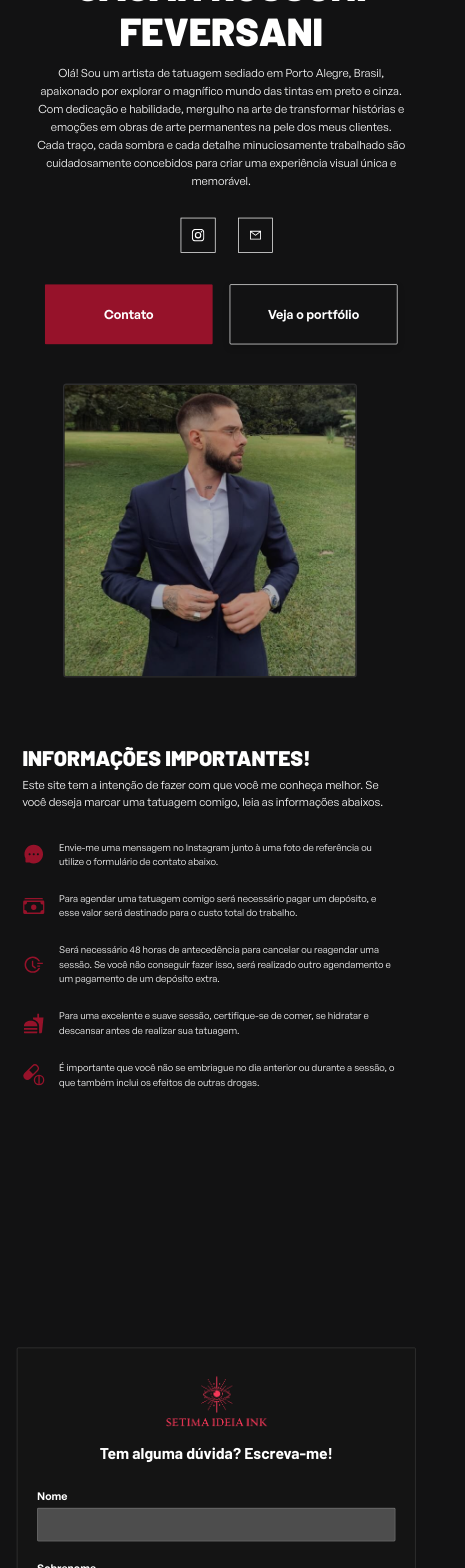
Repository: Leoka2000/S-tima-Ideia
Page: /
The author's editor kept a copy of each file at every save. The page is drawn from the files as they stood at one save, then again after the next save.
The browser window is 600 px wide. The page is 600 px wide, then 664 px, then 600 px, so the pictures cover 664 px, including what lies to the right of the window. The pictures show the part of the page from y = 4260 to 6500 px (the page is 7771 px tall), at 70% of full size.
Backgrounds fixed to the window are drawn as part of the page. The project was rebuilt for these pictures with package versions that can differ from the ones it lists, and the page was loaded fresh each time. Some packages were replaced by stand-ins written for this rebuild. Also part of the build but not shown: src/pages/main/instagram/instagram.css, src/pages/main/instagram/instagram.jsx, src/App.css, src/pages/portfolio/portfolio.css, src/data/database-common.js, src/pages/portfolio/loop-content.jsx, src/pages/portfolio/portfolio.jsx, src/pages/portfolio/index.jsx and 2 more. Imported but missing from the stored project, and not drawn on this page: src/assets/videos/cauan-video.mp4.

Above is the page before, as saved 2023-07-10 21:14:06.

### public/index.html
<!DOCTYPE html>
<html lang="en">
  <head>
    <meta charset="utf-8" />
    <link rel="icon" href="%PUBLIC_URL%/logo.png" />
    <meta name="viewport" content="width=device-width, initial-scale=1" />
    <meta name="theme-color" content="#000000" />
    <meta
      name="description"
      content=""
    />
    <link rel="apple-touch-icon" href="%PUBLIC_URL%/logo192.png" />
    <!--
      manifest.json provides metadata used when your web app is installed on a
      user's mobile device or desktop. See https://developers.google.com/web/fundamentals/web-app-manifest/
    -->
    <link rel="manifest" href="%PUBLIC_URL%/manifest.json" />
    <!--
      Notice the use of %PUBLIC_URL% in the tags above.
      It will be replaced with the URL of the `public` folder during the build.
      Only files inside the `public` folder can be referenced from the HTML.

      Unlike "/favicon.ico" or "favicon.ico", "%PUBLIC_URL%/favicon.ico" will
      work correctly both with client-side routing and a non-root public URL.
      Learn how to configure a non-root public URL by running `npm run build`.
    -->
    <title>Setima Ideia</title>
  </head>
  <body>
    <noscript>You need to enable JavaScript to run this app.</noscript>
    <div id="root"></div>
    <!--
      This HTML file is a template.
      If you open it directly in the browser, you will see an empty page.

      You can add webfonts, meta tags, or analytics to this file.
      The build step will place the bundled scripts into the <body> tag.

      To begin the development, run `npm start` or `yarn start`.
      To create a production bundle, use `npm run build` or `yarn build`.
    -->
  </body>
</html>

### src/pages/main/index/index.jsx
import React from 'react'
import Hero from '../hero/hero'
import About from '../about/about'
import Carousel from '../carousel/carousel'
import HorizontalParallax2 from '../carousel/carousel2'
import LookPortfolio from '../olhe-portfolio'
import Video from '../video/video'
import Instagram from '../instagram/instagram'
import Form from '../contact/form'
import Contact from '../contact'
import Sobre from '../../sobre/about/about'

const index = () => {
  return (
    <>
      <Hero/>
      <About/>
      <Carousel/>
      <HorizontalParallax2/>
      <LookPortfolio/>
      <Video/>
      <Sobre/>
      {/* <Instagram/> */}
      <Contact/>
    </>
  )
}

export default index

### src/pages/sobre/about/about.jsx
import React from 'react'
import "./about.css"
import { BsFacebook } from 'react-icons/bs'
import { BsInstagram } from 'react-icons/bs'
import { AiOutlineMail } from 'react-icons/ai'
import cauan from '../../../assets/images/cauan.jpg'
import {Link} from 'react-scroll'

const Sobre = () => {
  return (
    <section id='about' className='sobre-section'>
      <main>
        <div className='sobre-left'>
          <h2>Tatuador na equipe Família Bagé.</h2>
          <h1>Cauan Rossoni Feversani</h1>
          <p>Olá! Sou um artista de tatuagem sediado em Porto Alegre, Brasil, apaixonado por explorar o magnífico mundo das tintas em preto e cinza. Com dedicação e habilidade, mergulho na arte de transformar histórias e emoções em obras de arte permanentes na pele dos meus clientes. Cada traço, cada sombra e cada detalhe minuciosamente trabalhado são cuidadosamente concebidos para criar uma experiência visual única e memorável. </p>
          <div className='sobre-icons-wrapper'>
            <a target='_blank' href='https://www.instagram.com/setimaideia.ink'>
              <BsInstagram />
            </a>
            <a href='mailto:contato.cauanrf@gmail.com'>
              <AiOutlineMail />
            </a>
          </div>
          <div className='sobre-button-wrapper'>
          <Link style={{ textDecoration: 'none' }} spy={true} smooth={true} offset={100} duration={500} to='form' ><button className='solid'>Contato</button></Link>
            <a target='_blank' href='https://www.instagram.com/setimaideia.ink'><button className='transparent'>Veja o portfólio</button></a>
          </div>
        </div>
        <div className='sobre-right'>
          <img alt='cauan' src={cauan}/>
        </div>
      </main>
    </section>
  )
}

export default Sobre

### src/pages/main/hero/hero.jsx
import React from 'react';
import { motion } from 'framer-motion';
import './hero.css';
import logo from '../../../assets/brand/logoCorrected.png';
import { Link } from 'react-scroll';

const Hero = () => {
  const text = "Olá, aqui é o Cauan, bem-vindo ao meu website!";

  const parentVariants = {
    animate: {
      transition: {
        staggerChildren: 0.05,
      },
    },
  };

  const childVariants = {
    initial: {
      y: 20,
      opacity: 0,
    },
    animate: {
      y: 0,
      opacity: 1,
    },
  };

  return (
    <section id='inicio' className="hero-section">
      <div className="hero-wrapper">
        <img src={logo} alt="logo" />
        <motion.h1 variants={parentVariants} initial="initial" animate="animate">
          {text.split("").map((letter, index) => (
            <motion.span key={index} variants={childVariants}>{letter}</motion.span>
          ))}
        </motion.h1>
        <h2>Clique no botão abaixo para saber mais.</h2>
        <div>
          <Link to='sobre' className="colored-hero" style={{textDecoration: 'none'}} spy={true} smooth={true} offset={100} duration={500}>Saiba mais</Link>
        </div>
      </div>
    </section>
  );
};

export default Hero;

### src/pages/main/carousel/carousel.jsx
import C1 from '../../../assets/carousel/c1.jpg'
import C2 from '../../../assets/carousel/c2.jpg'
import C3 from '../../../assets/carousel/c4.jpg'
import C4 from '../../../assets/carousel/c5.jpg'
import C5 from '../../../assets/carousel/c6.jpg'
import C6 from '../../../assets/carousel/c7.jpg'
import C7 from '../../../assets/carousel/c20.jpg'
import C8 from '../../../assets/carousel/c11.jpg'
import C9 from '../../../assets/carousel/c12.jpg'

import C11 from '../../../assets/carousel/c15.jpg'
import C12 from '../../../assets/carousel/c16.jpg'
import C13 from '../../../assets/carousel/c17.jpg'
import C15 from '../../../assets/carousel/c19.jpg'
import C16 from '../../../assets/carousel/c21.jpg'





import React, {useState, useEffect} from "react";
import './carousel.css'

const images = [
  C1,
  C5,
  C4,
  C3,
  C7,
  C2,
  C6,
  //  C10,
  C8,
  C9,

  C11,
  C12,
  // C14,
  C13,
  C15,
  C16,
  // C17,



];

const HorizontalParallax = () => {
  const [scrollY, setScrollY] = useState(0);

  useEffect(() => {
    const handleScroll = () => {
      setScrollY(window.scrollY);
    };

    window.addEventListener("scroll", handleScroll);

    return () => {
      window.removeEventListener("scroll", handleScroll);
    };
  }, []);

  const calculateX = (scrollY) => {
    const minScroll = 0;
    const maxScroll = 2000;
    const minX = 0;
    const maxX = -2000;

    return (scrollY - minScroll) * ((maxX - minX) / (maxScroll - minScroll)) + minX;
  };

  const x = calculateX(scrollY);

  return (
    <div className="horizontal-parallax">
      <div className="images-container" style={{ transform: `translateX(${x}px)` }}>
        {images.map((image, index) => (
          <div key={index} className="image">
            <img src={image} alt={`Image ${index}`} />
          </div>
        ))}
      </div>
    </div>
  );
};

export default HorizontalParallax;

### src/pages/main/carousel/carousel2.jsx
import React, { useState, useEffect } from "react";
import './carousel.css'
import C1 from '../../../assets/carousel/c1.jpg'
import C2 from '../../../assets/carousel/c2.jpg'
import C13 from '../../../assets/carousel/c4.jpg'
import C4 from '../../../assets/carousel/c5.jpg'
import C5 from '../../../assets/carousel/c6.jpg'
import C6 from '../../../assets/carousel/c7.jpg'
// import C7 from '../../../assets/carousel/c10.jpg'
import C8 from '../../../assets/carousel/c11.jpg'
import C9 from '../../../assets/carousel/c12.jpg'
// import C10 from '../../../assets/carousel/c13.jpg'
import C11 from '../../../assets/carousel/c15.jpg'
import C12 from '../../../assets/carousel/c16.jpg'
// import C13 from '../../../assets/carousel/c17.jpg'
import C15 from '../../../assets/carousel/c19.jpg'
import C16 from '../../../assets/carousel/c21.jpg'

const images = [
  C1,
  C5,
  C4,
  // C7,
  C2,
  C6,
  C13,
  C8,
  C9,
  // C10,
  C11,
  C12,
  // C13,
  C15,
  C16,
  // C17,
  // C18,
];

const HorizontalParallax2 = () => {
  const [scrollY, setScrollY] = useState(0);

  useEffect(() => {
    const handleScroll = () => {
      setScrollY(window.scrollY);
    };

    window.addEventListener("scroll", handleScroll);

    return () => {
      window.removeEventListener("scroll", handleScroll);
    };
  }, []);

  const calculateX = (scrollY) => {
    const minScroll = 0;
    const maxScroll = 3000;
    const minX = -2000;
    const maxX = 0;

    return (scrollY - minScroll) * ((maxX - minX) / (maxScroll - minScroll)) + minX;
  };

  const x = calculateX(scrollY);

  return (
    <div className="horizontal-parallax">
      <div className="images-container" style={{ transform: `translateX(${x}px)` }}>
        {images.map((image, index) => (
          <div key={index} className="image">
            <img src={image} alt={`Image ${index}`} />
          </div>
        ))}
      </div>
    </div>
  );
};

export default HorizontalParallax2;

### src/pages/main/olhe-portfolio/index.jsx
import React from 'react'
import './index.css'
import img from '../../../assets/images/Signature.jpg'
import silhouete from '../../../assets/icons/about-tattoo-machine.png'
import clown from '../../../assets/icons/rose.png'
import { useInView } from 'react-intersection-observer';
import { motion } from 'framer-motion'
import { Link } from 'react-router-dom'

const LookPortfolio = () => {

  const [ref1, inView1] = useInView({
    threshold: 0.3,
    triggerOnce: true,
    delay: 0.7
  });

  const [ref2, inView2] = useInView({
    threshold: 0.3,
    triggerOnce: true,
    delay: 0.9
  });

  return (
    <section id='portfolio' className='look-portfolio-section'>
      <img alt='silhouete' className='silhouete' src={silhouete} />
      <img alt='silhouete' className='clown' src={clown} />
      <motion.div
        ref={ref1}
        initial={{ opacity: 0 }}
        animate={inView1 ? { opacity: 1 } : { opacity: 0 }}
        transition={{ duration: 1 }}
        className='look-portfolio-left'>
        <img src={img} />
      </motion.div>
      <br/>
      <motion.div
        ref={ref2}
        initial={{ opacity: 0 }}
        animate={inView2 ? { opacity: 1 } : { opacity: 0 }}
        transition={{ duration: 1 }}
        className='look-portfolio-right'>
        <h1>Confira o meu portfólio!</h1>
        <p>Clique no link a baixo para acessar o meu portfólio no Instagram. Lá, você pode encontrar uma exposição dos meus trabalhos atualizados.</p>
        <a
         style={{textDecoration:'none'}} target='_blank' href='https://www.instagram.com/setimaideia.ink/'>Saiba mais</a>
      </motion.div>

    </section>
  )
}

export default LookPortfolio

### src/pages/main/video/video.jsx
import React, { useState } from 'react';
import './video.css';
import cauan from '../../../assets/videos/cauan-video.mp4'
import thumb from '../../../assets/images/Thumbnail.jpg'
import { FaPlay, FaTimes } from "react-icons/fa";

function Video() {
    const [showVideo, setShowVideo] = useState(false);

    function handlePlayClick() {
        setShowVideo(true);
        document.body.style.overflow = 'hidden';
    }

    function handleCloseClick() {
        setShowVideo(false);
        document.body.style.overflow = 'visible';
    }

    return (
        <section className="video-thumbnail">
            <div className='overlay-effect'>
                <div
                    className="thumbnail-image"

                >
                    <button
                        className="play-button"
                        onClick={handlePlayClick}
                    >
                        <FaPlay className="play-icon" />
                    </button>
                </div>
                {showVideo && (
                    <div className="video-overlay">
                        <button className="close-button" onClick={handleCloseClick}>
                            <FaTimes className="close-icon" />
                        </button>
                        <div className="video-wrapper">
                            <video src={cauan} controls autoPlay />
                        </div>
                    </div>
                )}
            </div>
        </section>
    );
}

export default Video

### src/pages/main/carousel/carousel.css
.horizontal-parallax {
  position: relative;
  width: 100%;
  height: 400px;
  overflow-x: hidden;
}

.images-container {
  position: absolute;
  top: 0;
  left: 0;
  height: 100%;
  white-space: nowrap;
}

.image {
  display: inline-block;
  width: 400px;
  height: 350px;
  margin-right: 20px;
  overflow: hidden;
}

.image img {
  width: 100%;
  height: 100%;
  object-fit: cover;
  border-radius: 4px;
  box-shadow: 0 2px 4px rgba(0, 0, 0, 0.3);
}

@media screen and (max-width: 650px) {
  .image {
    display: inline-block;
    width: 210px;
    height: 245px;
    margin-right: 20px;
    overflow: hidden;
  }
  .horizontal-parallax {
    position: relative;
    width: 100%;
    height: 350px;
    overflow-x: hidden;
  }

}

### src/pages/main/contact/form.css
.form-section-parent {
    display: flex;
    flex-direction: column;
}
input:focus, textarea:focus {
    border-color: #f8133c;
}
.form-header {
    padding-top: 1rem;
    padding-bottom: 1rem;
    text-align: left;
    display: flex;
    flex-direction: column;
    justify-content: center;
    align-items: start;
    margin-left: 10rem;

}
.form-header > h1 {
    font-family: Barlow, sans-serif;
color: #fff;
font-size: 3rem;
line-height: 1.244em;
font-weight: 900;
text-transform: uppercase;
margin-bottom: 0.5rem;




}
.form-header > p {
width: 700px;
margin-bottom: 1.5rem;
font-size: 1.2rem;
line-height: 1.6rem;
font-weight: 500;
text-align: left;

}
.row-wrapper {
    display: flex;
    flex-direction: column;
    align-items: start;
    text-align: left;
    gap: 2rem;
    margin-top: 1rem;

}

.row-wrapper > div {
    display: flex;
    align-items: center;
    justify-content: center;
    gap: 1.3rem;
}
.row-wrapper > div > p {
    max-width: 39rem;
    font-size: 0.95rem;
    line-height: 1.5rem;
}
.row-wrapper > div > span{
    font-size: 2rem;
    border-radius: 100%;

    color: #96122a;

}

.form-section {
    position: relative;
    display: flex;
    flex-direction: column;
    color: rgb(218, 218, 218);
    align-items: start;
    padding: 35rem 0rem 27rem 0rem;
    margin-top: 5rem 0 5rem 0;
}
.cauan-img {
    position: absolute;
    background-image: linear-gradient(180deg, rgba(0, 0, 0, 0.6), rgba(0, 0, 0, 0.6)), url('../../../assets/images/contato.jpg');
width:100%;
height: 100%;
background-position: 0px 0px, 100% 50%;
background-size: auto, auto 100vh;
background-attachment: scroll, fixed;
top: 0;
right: 0;
}



form {
    position: absolute;
    left: 4rem;
    bottom:4rem;
display: flex;
flex-direction: column;
gap: 1rem;
border-radius: 5px;
align-items: center;
background-color: rgb(20, 20, 20);
border: 1px solid #393939;
width: 40rem;

padding: 2rem;

}

form > header {
    font-size: 2rem;
    margin-bottom: 1rem;
    display: flex;
    justify-content: space-between;
    width: 100%;
    align-items: center;
}
form > header > h1 {
    font-family: Barlow, sans-serif;
    line-height: 2.43rem;
    font-weight: 600;
}
form > header > img {
   width: 15rem;
}
.flex-div {
    display: flex;
    width: 100%;
    gap: 1rem;
}
label {
    margin-bottom: 0.1rem;
    font-weight: 500;
    font-size: 0.95rem;
}
.error-message {
    font-size: 0.8rem;
    color: red;
}
.form-row {
    display: flex;
    flex-direction: column;
    width: 100%;
    border: none;


}

.success {
    color: green;
    font-size: 1rem;
  }
.form-input {
background-color: rgba(212, 212, 212, 0.3);
border-radius: 2px;
padding: 0.5rem;
border: 1px solid rgba(212, 212, 212, 0.3) ;
outline: none;
font-weight: 300;
color: rgb(255, 255, 255);

margin-bottom: 0.5rem;

}
#checkbox-wrapper {
    align-items: start;
}

.input-error {
    background-color: rgba(212, 212, 212, 0.3);

border: red 1px solid;
border-radius: 3px;
padding: 0.5rem;
color: rgb(255, 255, 255);


}
textarea {
    background-color: rgba(212, 212, 212, 0.3);
    outline: none;
    border: none;
    height: 6rem;
    padding: 0.5rem;
    border-radius: 2px;
    margin-bottom: 0.5rem;
}
.form-button {
    padding: 1rem;
    cursor: pointer;
    justify-content: center;
    border: 1px solid transparent;
    border-radius: 2px;
    background-color: #96122a;
    transition: box-shadow 300ms ease, transform 300ms ease;
    font-family: 'General Sans', sans-serif;
    color: #fff;
    line-height: 1.111em;
    font-weight: 700;
    text-align: center;
    text-decoration: none;
    text-transform: none;
    transform-style: preserve-3d;
    width: 100%;

}

.form-button:hover {
    box-shadow: 0 10px 20px 0 rgba(248, 19, 60, 0.2);
    transform: translate3d(0px, -3px, 0.01px);
    color: #fff;
}


.swal2-styled {
    background-color: #bc9864;

}
@media (max-width: 950px) {
    .form-header {
        padding: 2rem 1rem 5rem 1rem;
        text-align: center;
        display: flex;
        flex-direction: column;
        justify-content: center;
        align-items: left;
        margin-left: 0rem;

}
.form-header > p {
    width: 600px;
}
}
@media (max-width: 868px) {
    form > header {
        flex-direction: column-reverse;
        gap: 1rem;
        text-align: center;

    }
    .form-header > h1 {
        margin-bottom: 0.5rem;
         font-size: 1.9rem;
         text-align: left;
         color: #fff;

         line-height: 1.196em;
         font-weight: 900;
         text-transform: uppercase;
     }
     .row-wrapper > div > p {
       width: 90%;
        font-size: 0.85rem;
        line-height: 1.3rem;
    }
    .row-wrapper > div > span {
        font-size: 1.9rem;
    }

    .form-header > p {
   font-size: 1rem;
   font-weight: 400;

    }
    .form-section {
        height: 80rem;
    }
    form {
        display: flex;
        flex-direction: column;
        gap: 1rem;
        left: 1.5rem;
    bottom:1.5rem;
        align-items: center;
        border-radius: 2px;

        }
        form > header > h1 {
            font-family: Barlow, sans-serif;
            line-height: 1.85rem;
            font-weight: 700;

            font-size: 1.4rem;

        }
    .flex-div {
        flex-direction: column;
    }
    .cauan-img {
        position: absolute;
        background-image: linear-gradient(180deg, rgba(0, 0, 0, 0.6), rgba(0, 0, 0, 0.6)), url('../../../assets/images/contato.jpg');
    width:100%;
    height: 80rem;
    background-position: 0px 0px, 100% 50%;
    background-size: auto, auto 100vh;
    background-attachment: scroll, fixed;
    top: 0;
    right: 0;
    }
}
@media (max-width: 650px) {
    .form-section {
        display: flex;
        flex-direction: column;
        color: white;

        padding: 2rem 0rem 0rem 0rem;
      align-items: center;
    }
    .form-header {
        margin-right: 1rem;
        margin-left: 1rem;
        padding-top: 2rem;
        padding-bottom: 2rem;

    }
    .form-header > p {
        width: 100%;
    }
    form {
        width: 95%;
        padding-right: 1.75rem;
        padding-left: 1.75rem;
        margin-bottom: 0rem;

    }

    .cauan-img {
        height: 90rem;
        display: none;
    }
    form > header > img {
        width: 10rem;
     }
    }

Loaded but not shown: src/index.js (36 lines, source omitted); src/routes.js (29 lines, source omitted); src/components/navbar/navbar.css (298 lines, source omitted); src/pages/sobre/about/about.css (273 lines, source omitted); src/pages/main/about/about.css (266 lines, source omitted); src/pages/main/contact/form.jsx (95 lines, source omitted); src/pages/main/hero/hero.css (175 lines, source omitted); src/index.css (107 lines, source omitted); src/pages/main/olhe-portfolio/index.css (156 lines, source omitted); src/components/footer/footer.css (152 lines, source omitted); src/components/navbar/navbar.jsx (78 lines, source omitted); src/pages/main/video/video.css (140 lines, source omitted); src/pages/main/about/about.jsx (57 lines, source omitted); src/pages/main/contact/index.jsx (61 lines, source omitted); src/components/footer/footer.jsx (49 lines, source omitted)

After the next save:
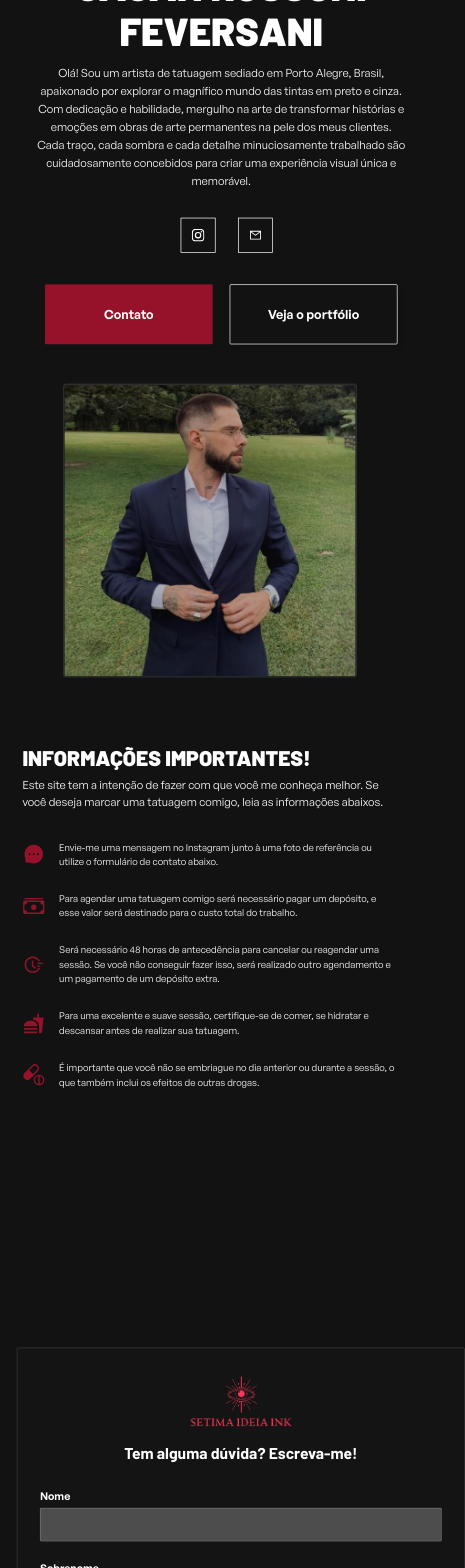
Saved 5 min 59 s later.
--- a/src/pages/main/contact/form.css
+++ b/src/pages/main/contact/form.css
@@ -303,7 +303,6 @@
         display: flex;
         flex-direction: column;
         color: white;
-
         padding: 2rem 0rem 0rem 0rem;
       align-items: center;
     }
@@ -318,10 +317,7 @@
         width: 100%;
     }
     form {
-        width: 95%;
-        padding-right: 1.75rem;
-        padding-left: 1.75rem;
-        margin-bottom: 0rem;
+
 
     }
 

After the save that followed:
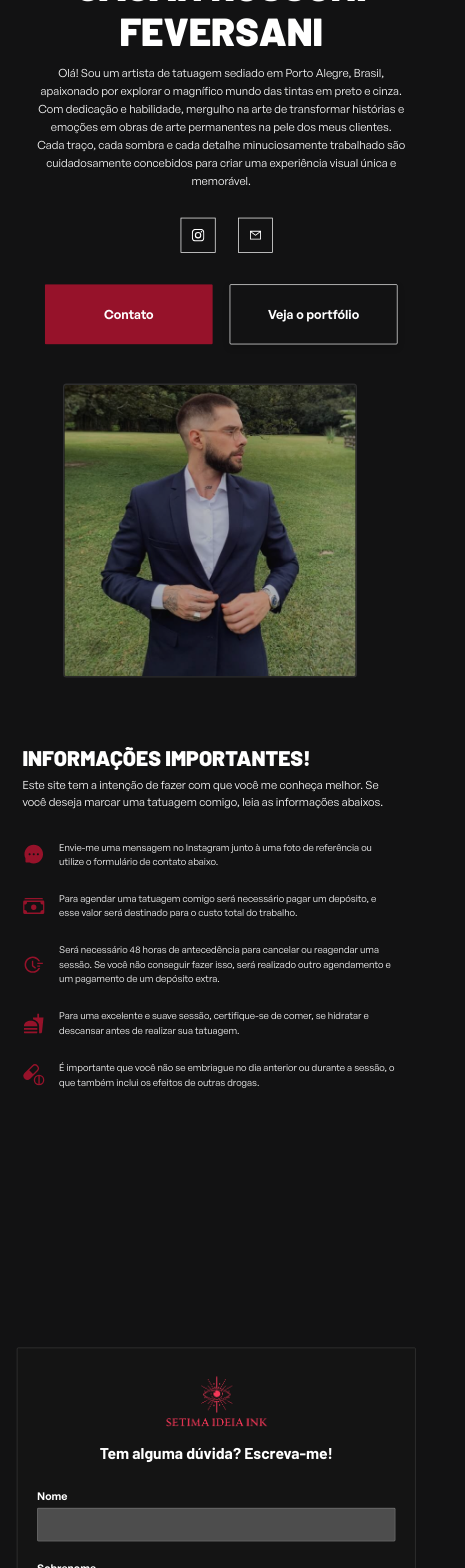
Saved 45 s later.
--- a/src/pages/main/contact/form.css
+++ b/src/pages/main/contact/form.css
@@ -303,6 +303,7 @@
         display: flex;
         flex-direction: column;
         color: white;
+
         padding: 2rem 0rem 0rem 0rem;
       align-items: center;
     }
@@ -317,7 +318,12 @@
         width: 100%;
     }
     form {
-
+        width: 95%;
+      display: flex;
+      justify-content: center;
+        padding-right: 1.75rem;
+        padding-left: 1.75rem;
+        margin-bottom: 0rem;
 
     }
 
